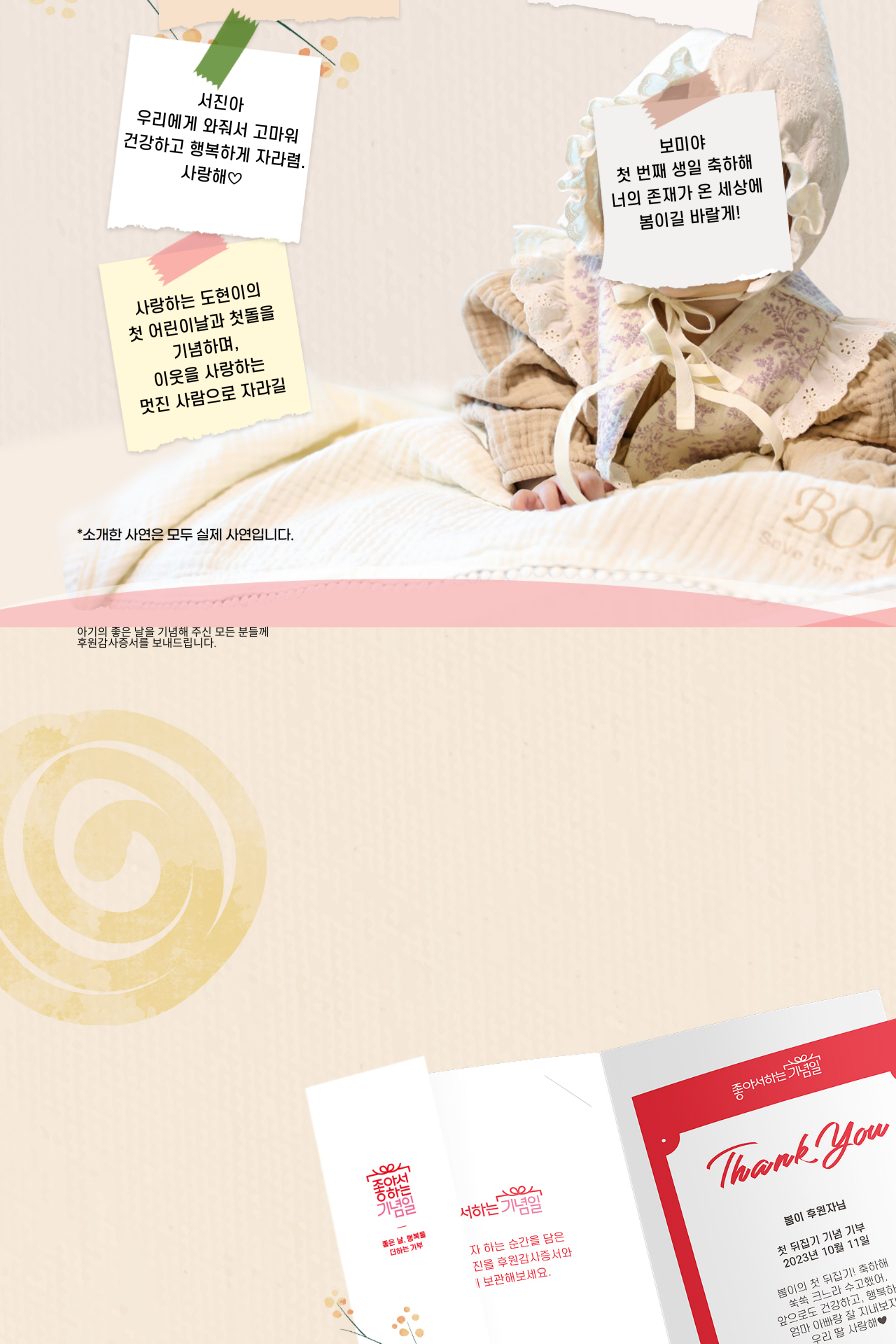
Repository: dlgywls1130/save_the_children
Page: index.html
These files come from the project's save history. The page is drawn as it stood at one moment and after the next save; the edit follows.
The browser window is 1280 px wide. The pictures show the part of the page from y = 1524 to 3444 px (the page is 4840 px tall), at 70% of full size.

Above is the page before, as saved 2023-12-13 10:19:46.

After the next save:
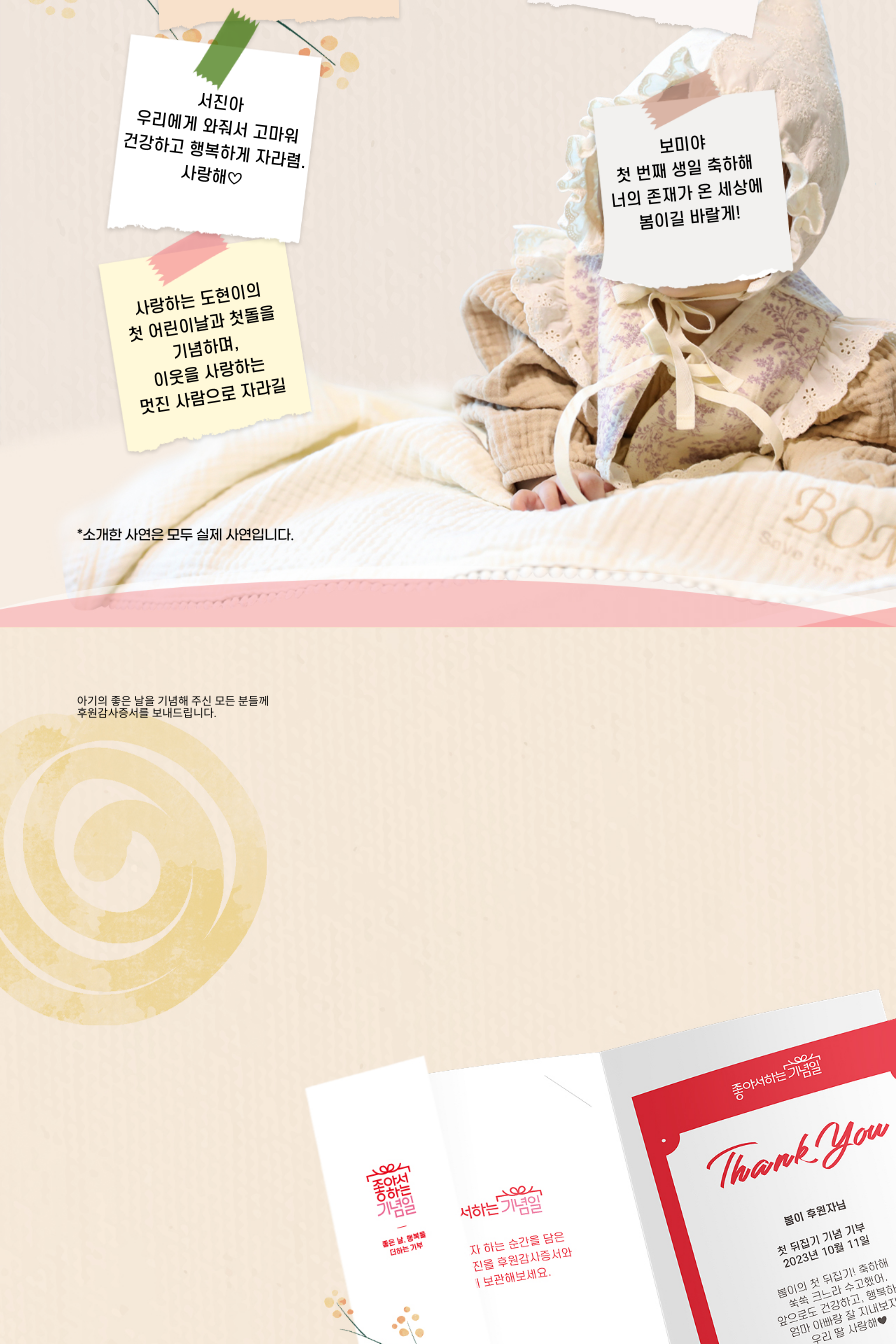
Saved 5 s later.
--- a/index.html
+++ b/index.html
@@ -83,7 +83,7 @@
             </div>
         </section>
         <section class="section_wrapper section03">
-            <div class="se_wrapper">
+            <div class="se_wrapper se03">
                 <div class="se03_title">
                     아기의 좋은 날을 기념해 주신 모든 분들께
                     <br>후원감사증서를 보내드립니다.
